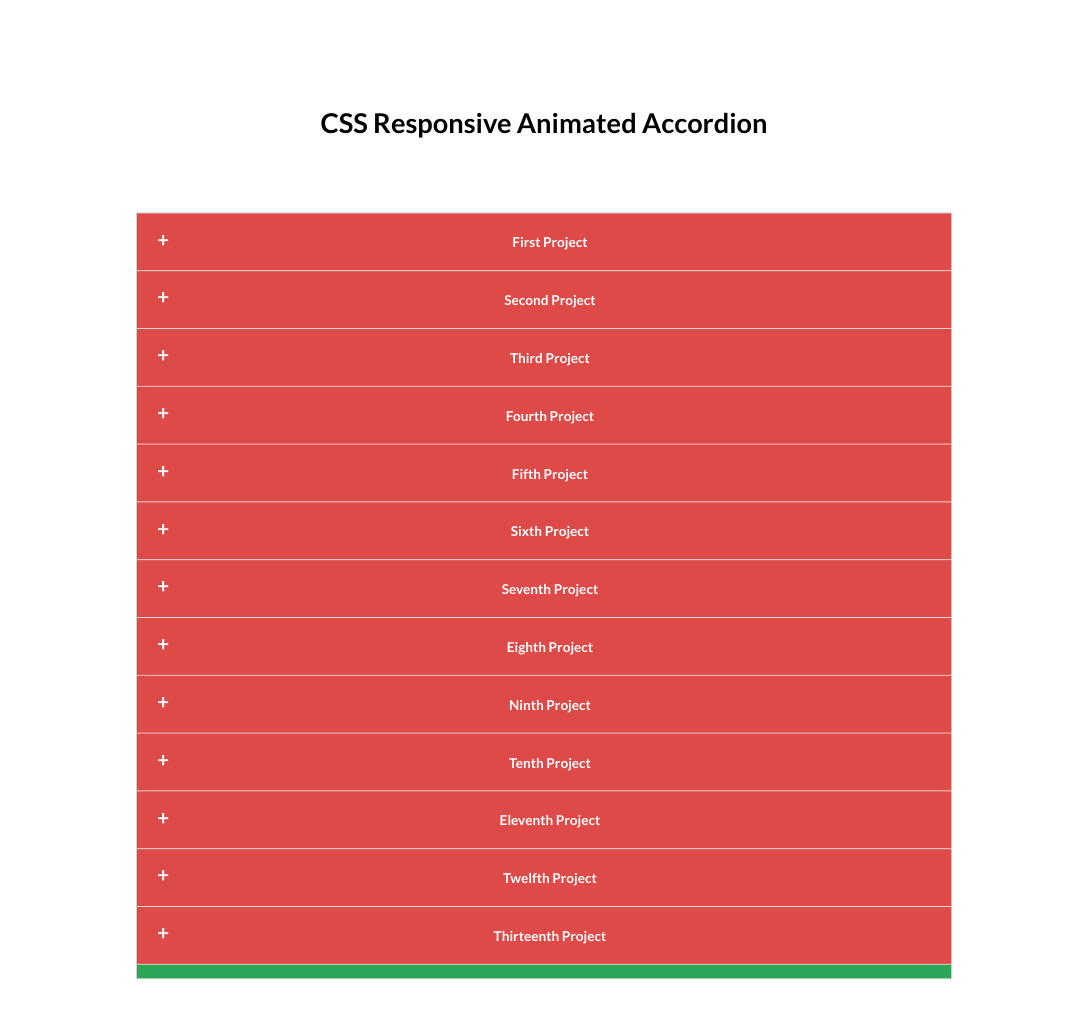
Repository: Imprasna/personalperform
Page: index.html
These files come from the project's save history. The page is drawn as it stood at one moment and after the next save; the edit follows.
The browser window is 1280 px wide. The pictures show the whole page, at 85% of full size.
The style sheet was rebuilt from its Sass, Less or Tailwind sources for each picture, by a compiler version that may differ from the author's.

Above is the page before, as saved 2021-12-30 22:37:45.

After the next save:
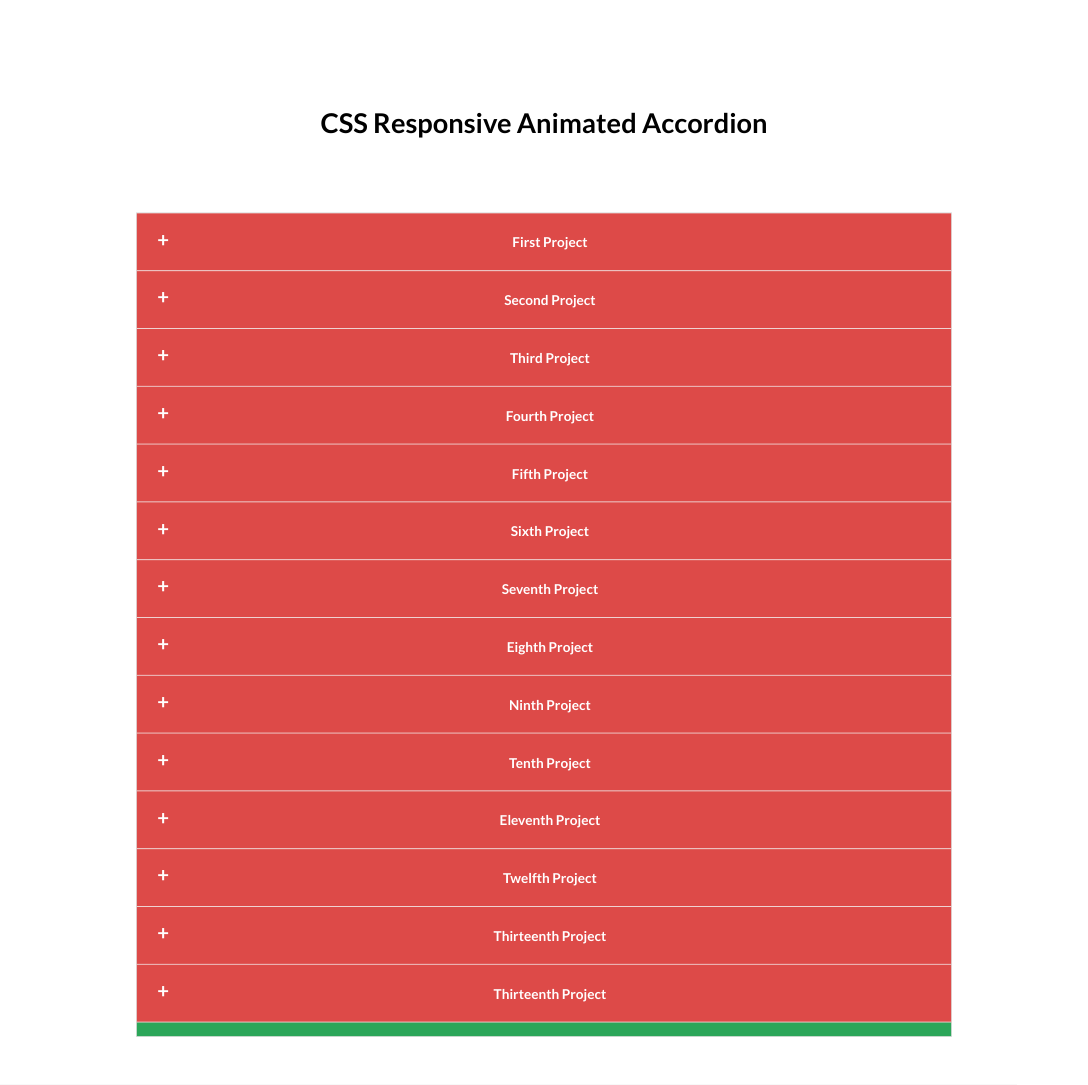
Saved 8 s later.
--- a/index.html
+++ b/index.html
@@ -192,6 +192,20 @@
                     </p>
                 </dd>
 
+                <dt>
+                    <a href="#accordion3" aria-expanded="false" aria-controls="accordion3"
+                        class="accordion-title accordionTitle js-accordionTrigger">
+                        Thirteenth Project
+                    </a>
+                </dt>
+                <dd class="accordion-content accordionItem is-collapsed" id="accordion3" aria-hidden="true">
+                    <p>Project Name : Ethinic.</p>
+                    <p>No. of Days: 18 Days.</p>
+                    <p>ToolS Used: Webflow.</p>
+                    <p>The time I joined the Company, this has been the first project that has been handed to me. Since I had no touch to whatever I learnt previously. It took me nearly 6 months and also due to the delay of contents from the client it took me so long in getting this project completed.
+                    </p>
+                </dd>
+
             </dl>
         </div>
     </div>
